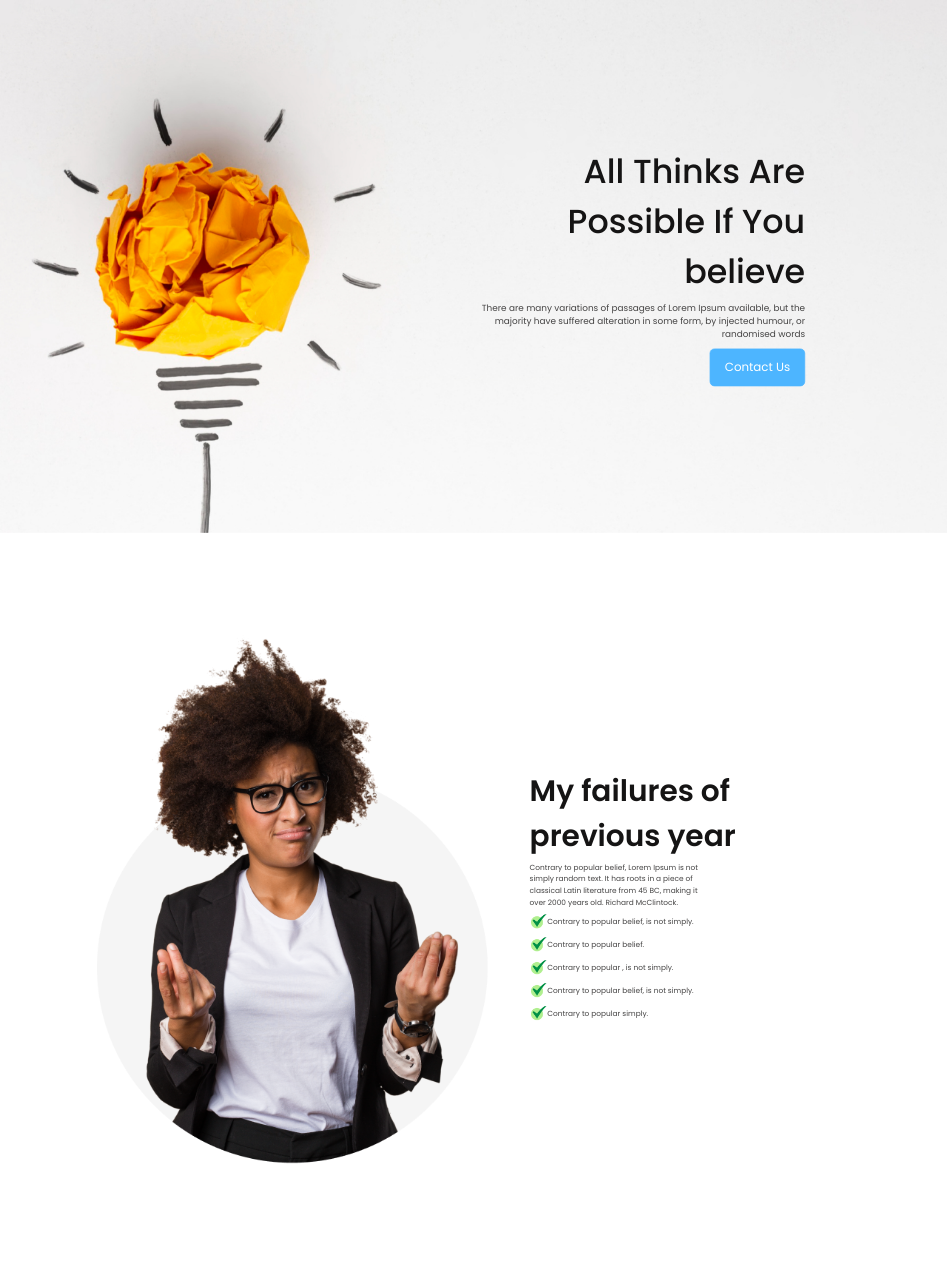
Repository: mdrubel02/new-year-new-mission
Page: index.html
The author's editor kept a copy of each file at every save. The page is drawn from the files as they stood at one save, then again after the next save.
The browser window is 1280 px wide. The pictures show the whole page, at 74% of full size.

Above is the page before, as saved 2023-01-06 23:09:31.

After the next save:
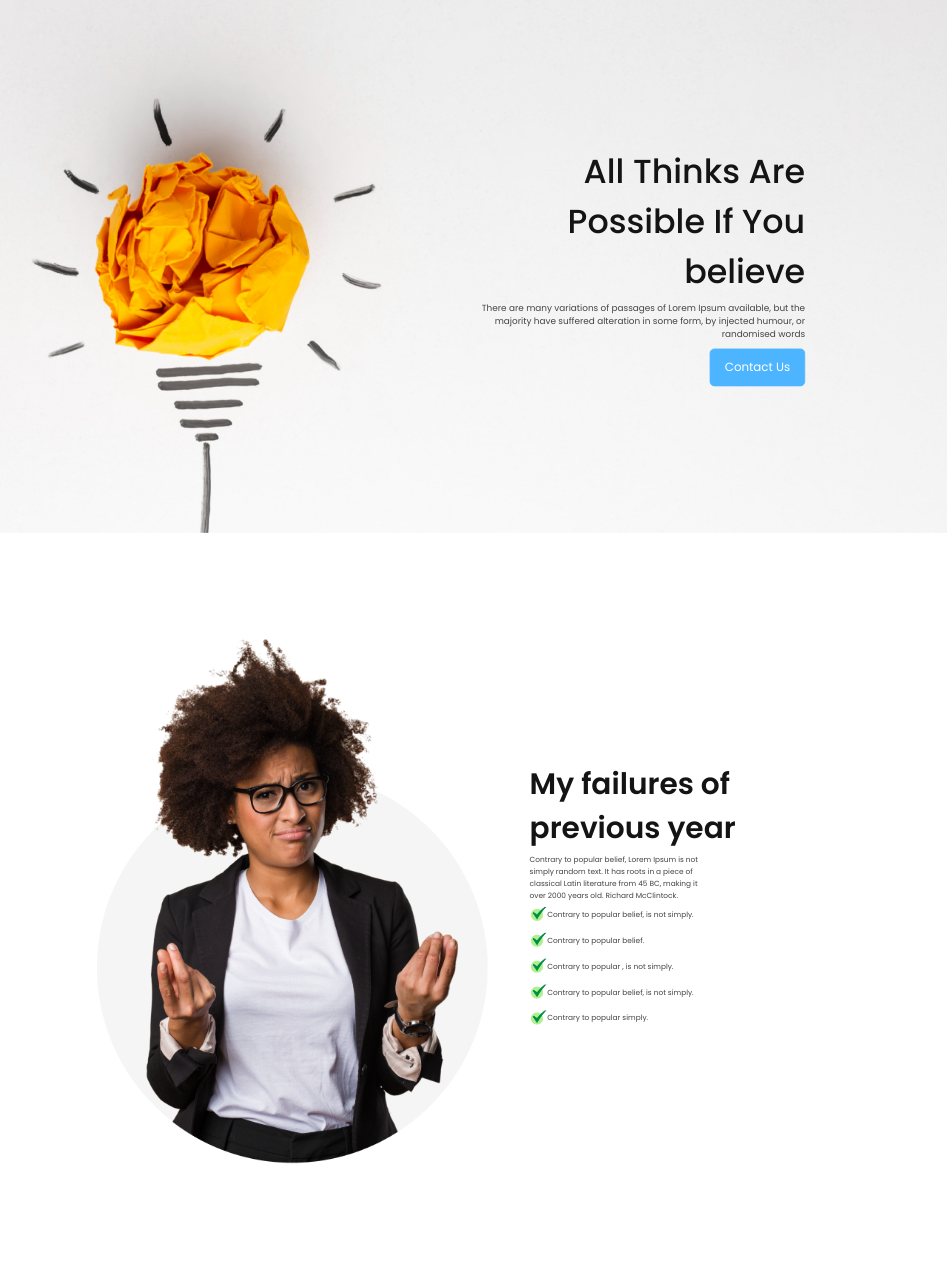
Saved 44 s later.
--- a/index.css
+++ b/index.css
@@ -128,6 +128,7 @@ a:hover {
 }
 .experience-item{
     display: flex;
+    padding-bottom: 4px;
 }
 .experience-item span img{
     height: 24px;
